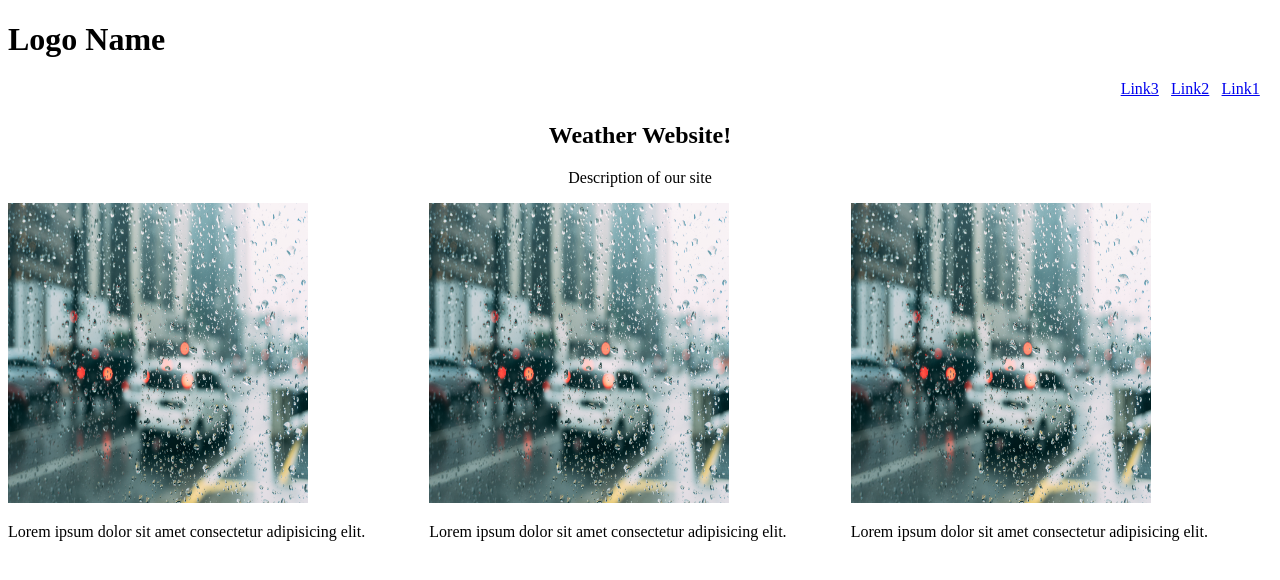
Repository: aaron1986/Breakout2_group_code
Page: index.html
The author's editor kept a copy of each file at every save. The page is drawn from the files as they stood at one save, then again after the next save.
The browser window is 1280 px wide. The pictures show the whole page.

Above is the page before, as saved 2023-09-13 09:30:38.

### index.html
<!DOCTYPE html>
<html lang="en">
<head>
    <meta charset="UTF-8">
    <meta name="viewport" content="width", initial-scale="1.0">
    <link rel="stylesheet" href="style.css">
    <title>Document</title>
</head>
<body>
    <header>
        <h1>Logo Name</h1>
        <nav>
            <ul>
                <li><a href="https://www.bbc.com/weather" target="_blank">Link1</a></li>
                <li><a href="https://edition.cnn.com/weather" target="_blank">Link2</a></li>
                <li><a href="https://weather.com/en-GB/weather/today/l/UKXX0085:1:UK?Goto=Redirected" target="_blank">Link3</a></li>
            </ul>
        </nav>
    </header>

    <!-- Main Section -->
    <main>
        <h2>Weather Website!</h2>
        <p id ="text-box">Description of our site</p>

        <section>
            <div class="image-container">

            <div class="image-section">
                <img src="./img/pexels-kaique-rocha-125510.jpg" alt="">
                <div class="img-textbox">
                    <p>
                        Lorem ipsum dolor sit amet consectetur adipisicing elit.
                    </p>
                </div>
            </div>

            <div class="image-section">
                <img src="./img/pexels-kaique-rocha-125510.jpg" alt="">
                <div class="img-textbox">
                    <p>
                        Lorem ipsum dolor sit amet consectetur adipisicing elit.
                    </p>
                </div>
            </div>

            <div class="image-section">
                <img src="./img/pexels-kaique-rocha-125510.jpg" alt="">
                <div class="img-textbox">
                    <p>
                        Lorem ipsum dolor sit amet consectetur adipisicing elit.
                    </p>
                </div>

            </div> <!-- end of image container -->
        </section>


    </main>
</body>
</html>

### style.css

body {

}

ul > li {
    display: inline;
    float: right;
    margin-right: 1%;
}

h2 {
    text-align: center;
    margin-top: 5%;
}

#text-box {
    text-align: center;
}


.image-container{
    display: grid;
    justify-content: center;
    grid-template-columns: repeat(3, 1fr);
}

img {

    width: 300px;
    height: 300px;
}

After the next save:
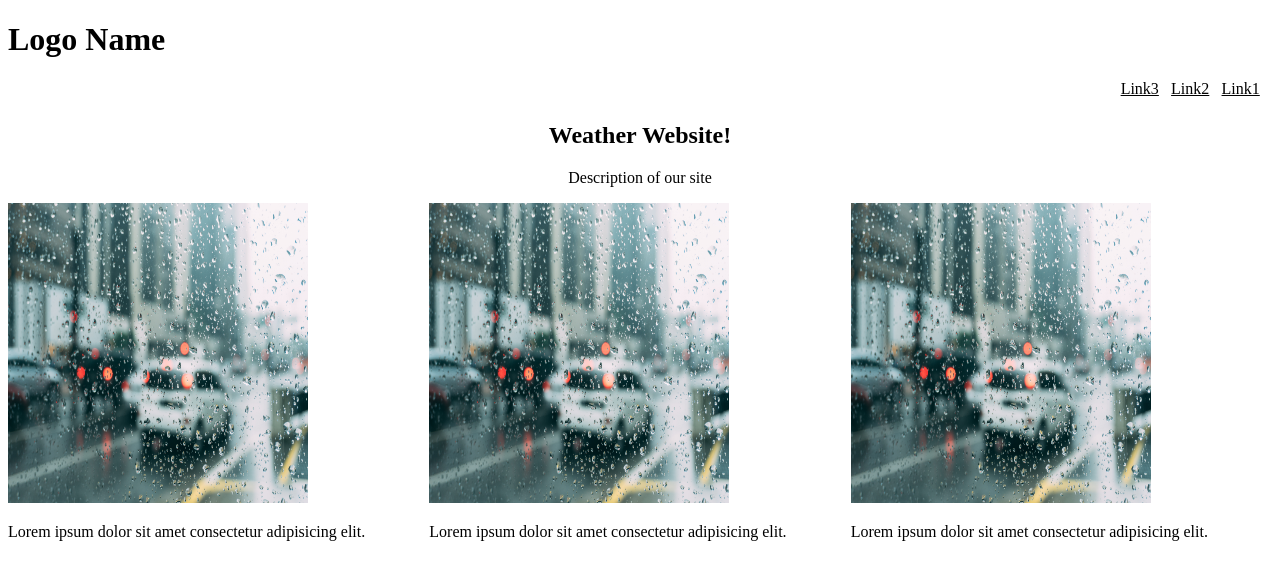
Saved 49 s later.
--- a/style.css
+++ b/style.css
@@ -7,6 +7,10 @@ ul > li {
     display: inline;
     float: right;
     margin-right: 1%;
+}
+
+li > a {
+    color: black;
 }
 
 h2 {
